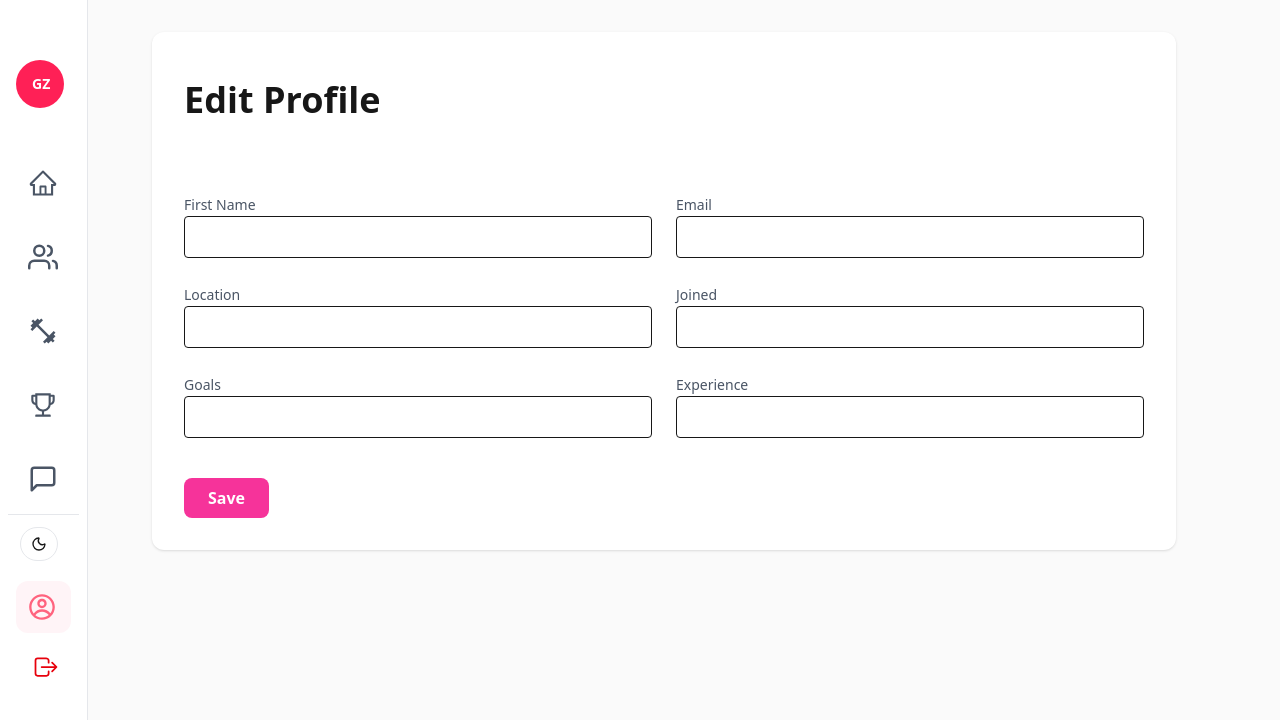
Repository: Brutalxnor/godzilla_fe
Page: /profile/edit
An editor plug-in stored every save of this project. The page is shown before and after the next save, followed by the edit.
The browser window is 1280 px wide. The pictures show the whole page.
The page's requests for data from a server got no answer. The project was rebuilt for these pictures with package versions that can differ from the ones it lists, and the page was loaded fresh each time. The framework's server and built-in components were replaced by stand-ins that run in the browser. No one was signed in, and anything a server would have sent is missing. Also part of the build but not shown: next.config.ts.

Above is the page before, as saved 2025-11-13 13:31:09.

### app/layout.tsx
// app/layout.tsx
import type { Metadata } from "next";
import { Geist, Geist_Mono } from "next/font/google";
import "./globals.css";
import { ToastContainer } from "react-toastify";
import { CommentsProvider } from "./community/context/CommentsContext";
import ChatNotifications from "./components/shared/ChatNotifications";

const geistSans = Geist({
  variable: "--font-geist-sans",
  subsets: ["latin"],
});

const geistMono = Geist_Mono({
  variable: "--font-geist-mono",
  subsets: ["latin"],
});

export const metadata: Metadata = {
  title: "Godzilla",
  description: "Ready to learn something new today",
};

export default function RootLayout({
  children,
}: {
  children: React.ReactNode;
}) {
  // This script runs before React hydrates and sets <html data-theme="...">
  const themeInit = `
    (function () {
      try {
        var t = localStorage.getItem('theme');
        if (!t) {
          t = window.matchMedia('(prefers-color-scheme: dark)').matches ? 'dark' : 'light';
        }
        document.documentElement.setAttribute('data-theme', t);
      } catch (e) {}
    })();
  `;

  return (
    <html lang="en" suppressHydrationWarning>
      <head>
        <script dangerouslySetInnerHTML={{ __html: themeInit }} />
      </head>
      <body
        className={`${geistSans.variable} ${geistMono.variable} antialiased`}
        // optional: ensure base colors use your CSS variables
        style={{
          background: "var(--background)",
          color: "var(--foreground)",
        }}
      >
        <ChatNotifications />
        <ToastContainer />
        <CommentsProvider>{children}</CommentsProvider>
      </body>
    </html>
  );
}

### app/profile/edit/page.tsx
"use client";
import Sidebar from "@/app/components/shared/sidebar";
import useGetUser from "@/app/Hooks/useGetUser";
import { GetUserById } from "@/app/services/Auth.service";
import { User } from "@/app/types/type";
import React, { Suspense, useEffect, useMemo, useState } from "react";
import { useForm } from "react-hook-form";

const Page = () => {
  const [user, setUser] = useState<{
    data: User;
  } | null>(null);
  const { userDB } = useGetUser();

  const shellVars = useMemo(
    () =>
      ({
        "--sb-w": "88px",
        "--extra-left": "24px",
      } as React.CSSProperties),
    []
  );

  const { register, handleSubmit, reset } = useForm();

  useEffect(() => {
    const fetchUser = async () => {
      const data = await GetUserById(userDB?.data.user_id as string);
      setUser(data);
      if (data?.data) {
        reset({
          name: data.data.name,
          email: data.data.email,
          location: data.data.location,
          experience: data.data.experience,
        });
      }
    };
    fetchUser();
  }, [userDB?.data.user_id, reset]);

  const onSubmit = (formData: any) => {
    console.log(formData);
  };

  return (
    <div className="min-h-screen bg-[#fafafa]">
      <Suspense fallback={<div className="p-6 text-gray-500">Loading...</div>}>
        <Sidebar />
      </Suspense>
      <main
        style={shellVars}
        className="w-full lg:w-[calc(95vw-var(--sb-w)-var(--extra-left))] lg:ml-[calc(var(--sb-w)+var(--extra-left))]"
      >
        <div className="mx-auto w-full max-w-5xl px-3 sm:px-4 md:px-6 lg:px-0 py-8">
          <div className="bg-white rounded-xl shadow p-8 flex flex-col gap-6">
            {/* Header */}

            <header className="py-3 sm:py-4 flex items-center justify-between gap-3">
              <h1 className="text-2xl sm:text-3xl md:text-4xl font-semibold">
                Edit Profile
              </h1>
            </header>

            {/* React Hook Form (Edit profile section) */}
            <form onSubmit={handleSubmit(onSubmit)} className="space-y-6 mt-8">
              <div className="grid grid-cols-2 gap-6">
                <div>
                  <label className="text-sm text-gray-600">First Name</label>
                  <input
                    type="text"
                    {...register("name")}
                    className="input w-full p-2 border rounded"
                  />
                </div>
                <div>
                  <label className="text-sm text-gray-600">Email</label>
                  <input
                    type="email"
                    {...register("email")}
                    className="input w-full p-2 border rounded"
                  />
                </div>
                <div>
                  <label className="text-sm text-gray-600">Location</label>
                  <input
                    type="text"
                    {...register("location")}
                    className="input w-full p-2 border rounded"
                  />
                </div>
                <div>
                  <label className="text-sm text-gray-600">Joined</label>
                  <input
                    type="text"
                    {...register("joined")}
                    className="input w-full p-2 border rounded"
                    disabled
                  />
                </div>
                <div>
                  <label className="text-sm text-gray-600">Goals</label>
                  <input
                    type="text"
                    {...register("goals")}
                    className="input w-full p-2 border rounded"
                  />
                </div>
                <div>
                  <label className="text-sm text-gray-600">Experience</label>
                  <input
                    type="text"
                    {...register("experience")}
                    className="input w-full p-2 border rounded"
                  />
                </div>
              </div>
              <button
                type="submit"
                className="px-6 py-2 rounded-lg bg-pink-500 text-white font-bold mt-4"
              >
                Save
              </button>
            </form>
          </div>
        </div>
      </main>
    </div>
  );
};

export default Page;

### app/community/context/CommentsContext.tsx
"use client";
import React, { createContext, useContext, useState, ReactNode } from "react";
import axios from "axios";
import { toast } from "react-toastify";

type Comment = {
  id: string;
  postId: string;
  author: string;
  content: string;
  createdAt: string;
};

type CommentsContextType = {
  comments: Comment[];
  fetchComments: (postId: string) => Promise<void>;
  addComment: (
    postId: string,
    content: string,
    author: string
  ) => Promise<void>;
  loading: boolean;
  openPostId: string | null;
  handleTriggerOpenCommentModal: (postId: string) => void;
};

const CommentsContext = createContext<CommentsContextType | undefined>(
  undefined
);

export const CommentsProvider = ({ children }: { children: ReactNode }) => {
  const [comments, setComments] = useState<Comment[]>([]);
  const [loading, setLoading] = useState(false);
  const [openPostId, setOpenPostId] = useState<string | null>(null);

  const fetchComments = async (postId: string) => {
    setLoading(true);
    try {
      const { data } = await axios.get(

        `https://godzilla-be.vercel.app/api/v1/posts/df2a3584-aeb4-42e8-8a9b-3b8eeffc51a9`

      );
      setComments(data);
    } catch (error) {
      toast.error("فشل في تحميل التعليقات ❌");
    } finally {
      setLoading(false);
    }
  };

  const handleTriggerOpenCommentModal = (postId?: string) => {
    if (postId) {
      setOpenPostId(postId);
    } else {
      setOpenPostId(null);
    }
  };

  const addComment = async (
    postId: string,
    comment: string,
    user_id: string
  ) => {
    try {
      const body = { postId, comment, user_id };
      await axios.put(
        "https://godzilla-be.vercel.app/api/v1/posts/update-comment",
        body
      );
      toast.success("تم إضافة التعليق بنجاح 🎉");
      await fetchComments(postId);
    } catch (error) {
      toast.error("حدث خطأ أثناء إضافة التعليق ❌");
    }
  };

  return (
    <CommentsContext.Provider
      value={{
        comments,
        fetchComments,
        addComment,
        loading,
        handleTriggerOpenCommentModal,
        openPostId,
      }}
    >
      {children}
    </CommentsContext.Provider>
  );
};

// ✅ Hook للاستخدام داخل أي كومبوننت
export const useComments = () => {
  const context = useContext(CommentsContext);
  if (!context) {
    throw new Error("useComments must be used within a CommentsProvider");
  }
  return context;
};

### app/Hooks/useGetUser.ts
"use client";
// import { User } from "@/types/admin";
import { useEffect, useState } from "react";
import { User } from "../types/admin";

const useGetUser = () => {
  const [userDB, setUserDB] = useState<User | null>(null);

  useEffect(() => {
    const localUser = localStorage.getItem("user");
    if (localUser) {
      try {
        setUserDB(JSON.parse(localUser));
      } catch (err) {
        console.error("Error parsing local user:", err);
      }
    }
  }, []);

  return { userDB };
};

export default useGetUser;

### app/services/Auth.service.ts
import axios from "axios";

export const GetUserById = async (id: string) => {
  try {
    const res = await axios.get(
      `https://godzilla-be.vercel.app/api/v1/auth/getusers/${id}`
    );

    return res.data;
  } catch (err) {
    console.error("Error fetching athlete subscriptions:", err);
    throw err;
  }
};

### lib/client.ts
import { createBrowserClient } from "@supabase/ssr";

export function createClient() {
  return createBrowserClient(
    "https://uivcyyfyefpkieynavgw.supabase.co",
    "eyJhbGciOiJIUzI1NiIsInR5cCI6IkpXVCJ9.eyJpc3MiOiJzdXBhYmFzZSIsInJlZiI6InVpdmN5eWZ5ZWZwa2lleW5hdmd3Iiwicm9sZSI6ImFub24iLCJpYXQiOjE3NTkxMzI5MTgsImV4cCI6MjA3NDcwODkxOH0.9oDzn_La6VyGy39ujEBA_lZNgVl7x23Cez3FeH9tIrU"
  );
}
export const supabase = createClient();

### app/auth/services/logout.service.ts
// app/auth/services/logout.service.ts
import axios, { AxiosError } from "axios";
import { toast } from "react-toastify";

export interface LogoutResult {
  success: boolean;
  error?: string;
}


export const LogoutService = async (): Promise<LogoutResult> => {
  try {


      localStorage.removeItem("user");


      window.location.href = "/";
      window.location.reload();

      //toast.success("you are logged out successfully!");
      // setTimeout(() => {
      //     window.location.reload();
      // }, 7000);

    return { success: true };
  } catch (e) {
    return { success: false, error: "Logout failed" };
  }
};

### app/Hooks/useGetTheme.ts
// "use client";
// // import { User } from "@/types/admin";
// import { useEffect, useState } from "react";

// const useGetTheme = () => {
//   const [theme, setTheme] = useState<string>("");

//   useEffect(() => {
//     const localTheme = localStorage.getItem("theme");
//     if (localTheme) {
//       try {
//         setTheme(localTheme as string);
//       } catch (err) {
//         console.error("Error parsing local user:", err);
//       }
//     }
//   }, []);

//   return { theme };
// };

// export default useGetTheme;
"use client";

import { useEffect, useState } from "react";

type Theme = "light" | "dark";

const readFromDomOrStorage = (): Theme => {
  if (typeof window === "undefined") return "light";

  // 1) Prefer what <html data-theme=""> currently has
  const fromDom = document.documentElement.getAttribute("data-theme");
  if (fromDom === "light" || fromDom === "dark") return fromDom;

  // 2) Fallback to localStorage
  const saved = localStorage.getItem("theme");
  if (saved === "light" || saved === "dark") return saved;

  // 3) Last fallback: system preference
  return window.matchMedia("(prefers-color-scheme: dark)").matches
    ? "dark"
    : "light";
};

const useGetTheme = () => {
  const [theme, setTheme] = useState<Theme>(() => readFromDomOrStorage());

  useEffect(() => {
    // Make sure we sync once on mount (in case DOM changed before hook used)
    setTheme(readFromDomOrStorage());

    const handler = (e: Event) => {
      const custom = e as CustomEvent<Theme>;
      // extra safety check
      if (custom.detail === "light" || custom.detail === "dark") {
        setTheme(custom.detail);
      }
    };

    window.addEventListener("theme-change", handler);
    return () => window.removeEventListener("theme-change", handler);
  }, []);

  return { theme };
};

export default useGetTheme;

### app/components/ThemeToggle.tsx
// // "use client";

// // import { useEffect, useState } from "react";
// // import { Moon, Sun } from "lucide-react";

// // type Theme = "light" | "dark";

// // const getInitial = (): Theme => {
// //   if (typeof window === "undefined") return "light";
// //   const saved = localStorage.getItem("theme");
// //   if (saved === "light" || saved === "dark") return saved;
// //   // fall back to system
// //   return window.matchMedia("(prefers-color-scheme: dark)").matches ? "dark" : "light";
// // };

// // export default function ThemeToggle() {
// //   const [theme, setTheme] = useState<Theme>(getInitial);

// //   useEffect(() => {
// //     document.documentElement.setAttribute("data-theme", theme);
// //     localStorage.setItem("theme", theme);
// //   }, [theme]);

// //   return (
// //     <button
// //       onClick={() => setTheme(theme === "dark" ? "light" : "dark")}
// //       className="inline-flex items-center justify-center rounded-full border px-2.5 py-2 text-sm
// //                  border-[var(--border)] hover:bg-[var(--chip)]"
// //       title="Toggle theme"
// //       aria-label="Toggle theme"
// //     >
// //       {theme === "dark" ? (
// //         <Sun className="h-4 w-4" />
// //       ) : (
// //         <Moon className="h-4 w-4" />
// //       )}
// //     </button>
// //   );
// // }

// // "use client";

// // import { useEffect, useState } from "react";
// // import { Moon, Sun } from "lucide-react";

// // type Theme = "light" | "dark";

// // const getInitial = (): Theme => {
// //   if (typeof window === "undefined") return "light";
// //   const saved = localStorage.getItem("theme");
// //   if (saved === "light" || saved === "dark") return saved;
// //   return window.matchMedia("(prefers-color-scheme: dark)").matches ? "dark" : "light";
// // };

// // export default function ThemeToggle() {
// //   const [theme, setTheme] = useState<Theme>(getInitial);

// //   useEffect(() => {
// //     document.documentElement.setAttribute("data-theme", theme);
// //     localStorage.setItem("theme", theme);
// //   }, [theme]);

// //   return (
// //     <button
// //       onClick={() => setTheme(theme === "dark" ? "light" : "dark")}
// //       className="inline-flex items-center justify-center rounded-full border px-2.5 py-2 text-sm
// //                  border-[var(--border)] hover:bg-[var(--chip)]"
// //       title="Toggle theme"
// //       aria-label="Toggle theme"
// //     >
// //       {theme === "dark" ? <Sun className="h-4 w-4" /> : <Moon className="h-4 w-4" />}
// //     </button>
// //   );
// // }


// "use client";

// import { useEffect, useState } from "react";
// import { Moon, Sun } from "lucide-react";

// type Theme = "light" | "dark";

// const getInitial = (): Theme => {
//   if (typeof window === "undefined") return "light";
//   const saved = localStorage.getItem("theme");
//   if (saved === "light" || saved === "dark") return saved;
//   return window.matchMedia("(prefers-color-scheme: dark)").matches ? "dark" : "light";
// };

// export default function ThemeToggle() {
//   const [theme, setTheme] = useState<Theme>(getInitial);

//   useEffect(() => {
//     document.documentElement.setAttribute("data-theme", theme);
//     localStorage.setItem("theme", theme);
//   }, [theme]);

//   return (
//     <button
//       onClick={() => setTheme(theme === "dark" ? "light" : "dark")}
//       className="inline-flex items-center justify-center rounded-full border px-2.5 py-2
//                  border-[var(--border)] hover:bg-[var(--chip)]"
//       title="Toggle theme"
//       aria-label="Toggle theme"
//     >
//       {theme === "dark" ? <Sun className="h-4 w-4" /> : <Moon className="h-4 w-4" />}
//     </button>
//   );
// }


"use client";

import { useEffect, useState } from "react";
import { Moon, Sun } from "lucide-react";

type Theme = "light" | "dark";

const getInitial = (): Theme => {
  if (typeof window === "undefined") return "light";

  const saved = localStorage.getItem("theme");
  if (saved === "light" || saved === "dark") return saved;

  return window.matchMedia("(prefers-color-scheme: dark)").matches
    ? "dark"
    : "light";
};

export default function ThemeToggle() {
  const [theme, setTheme] = useState<Theme>(getInitial);

  useEffect(() => {
    // Apply to <html>
    document.documentElement.setAttribute("data-theme", theme);
    // Persist
    localStorage.setItem("theme", theme);
    // 🔔 Notify the rest of the app (our custom event)
    window.dispatchEvent(new CustomEvent<Theme>("theme-change", { detail: theme }));
  }, [theme]);

  const toggle = () => {
    setTheme((prev) => (prev === "dark" ? "light" : "dark"));
  };

  return (
    <button
      onClick={toggle}
      className="inline-flex items-center justify-center rounded-full border px-2.5 py-2
                 border-[var(--border)] hover:bg-[var(--chip)]"
      title="Toggle theme"
      aria-label="Toggle theme"
      type="button"
    >
      {theme === "dark" ? <Sun className="h-4 w-4" /> : <Moon className="h-4 w-4" />}
    </button>
  );
}

Loaded but not shown: app/components/shared/sidebar.tsx (1271 lines, source omitted); app/globals.css (367 lines, source omitted); app/components/shared/ChatNotifications.tsx (239 lines, source omitted)

After the next save:
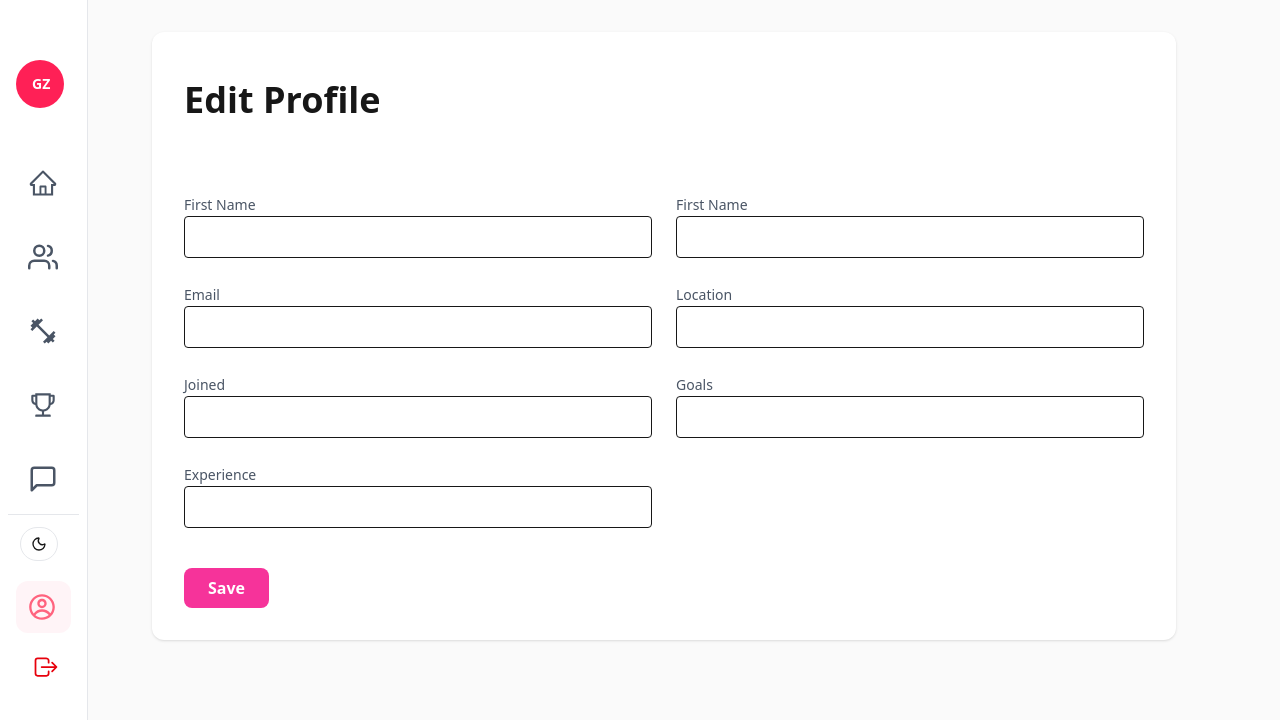
Saved 4 s later.
--- a/app/profile/edit/page.tsx
+++ b/app/profile/edit/page.tsx
@@ -73,6 +73,15 @@ const Page = () => {
                     className="input w-full p-2 border rounded"
                   />
                 </div>
+
+                <div>
+                  <label className="text-sm text-gray-600">First Name</label>
+                  <input
+                    type="text"
+                    {...register("name")}
+                    className="input w-full p-2 border rounded"
+                  />
+                </div>
                 <div>
                   <label className="text-sm text-gray-600">Email</label>
                   <input
